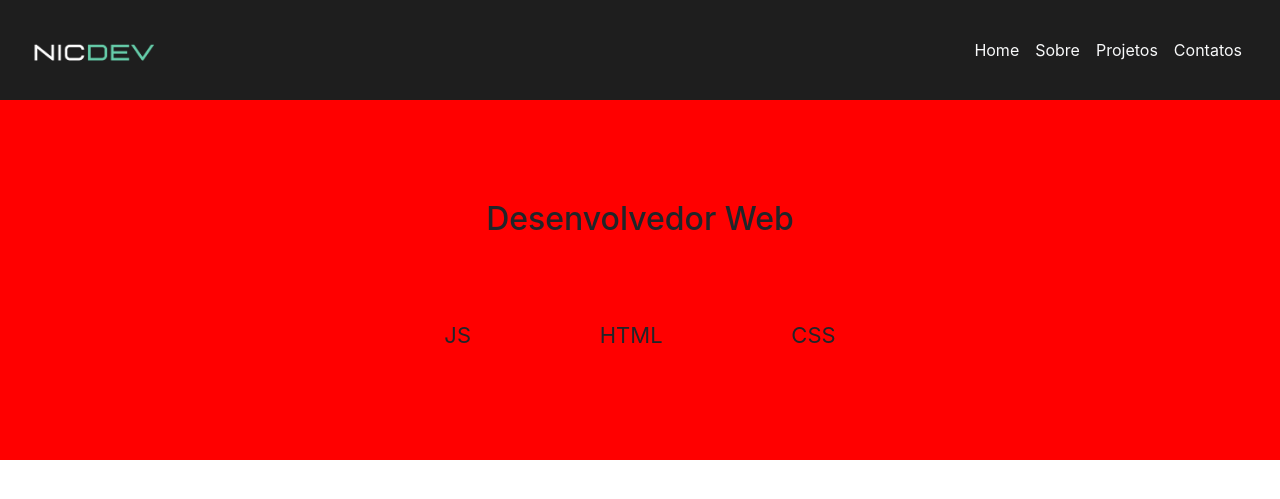
Repository: Leonngc/nicdev
Page: index.html
An editor plug-in stored every save of this project. The page is shown before and after a run of saves, followed by the edit.
The browser window is 1280 px wide. The pictures show the whole page.

Above is the page before, as saved 2023-04-12 23:38:57.

### index.html
<!DOCTYPE html>
<html lang="pt-br">
  <head>
    <meta charset="UTF-8" />
    <meta http-equiv="X-UA-Compatible" content="IE=edge" />
    <meta name="viewport" content="width=device-width, initial-scale=1.0" />
    <link rel="stylesheet" href="https://stackpath.bootstrapcdn.com/bootstrap/4.1.3/css/bootstrap.min.css" integrity="sha384-MCw98/SFnGE8fJT3GXwEOngsV7Zt27NXFoaoApmYm81iuXoPkFOJwJ8ERdknLPMO" crossorigin="anonymous">
    <link rel="stylesheet" href="styles/gradiente.css">
    <title>nicdev</title>
  </head>
  <body>

    <header>
      <nav class="navbar navbar-expand-lg navbar-dark" style="background-color: #1E1E1E; padding: 30px;">
        <a class="navbar-brand" href="#"><img src="images/nicdev-logo.png" alt="" style="width: 130px;"></a>
        <button class="navbar-toggler" type="button" data-toggle="collapse" data-target="#navbarNav" aria-controls="navbarNav" aria-expanded="false" aria-label="Alterna navegação">
          <span class="navbar-toggler-icon"></span>
        </button>
        <div class="collapse navbar-collapse justify-content-end" id="navbarNav">
          <ul class="navbar-nav" >
            <li class="nav-item active">
              <a class="nav-link text-light" href="#">Home <span class="sr-only">(Página atual)</span></a>
            </li>
            <li class="nav-item">
              <a class="nav-link text-light" href="#">Sobre</a>
            </li>
            <li class="nav-item ">
              <a class="nav-link text-light" href="#">Projetos</a>
            </li>
            <li class="nav-item">
              <a class="nav-link text-light" href="#">Contatos</a>
            </li>
          </ul>
        </div>
      </nav>
    </header>

    <div class="contain">
      <h2>Desenvolvedor Web</h2>
      <div class="skills">
        <span>JS</span>
        <span>HTML</span>
        <span>CSS</span>
      </div>

      <img src="" alt="">
    </div>

    <script src="https://code.jquery.com/jquery-3.3.1.slim.min.js" integrity="sha384-q8i/X+965DzO0rT7abK41JStQIAqVgRVzpbzo5smXKp4YfRvH+8abtTE1Pi6jizo" crossorigin="anonymous"></script>
    <script src="https://cdnjs.cloudflare.com/ajax/libs/popper.js/1.14.3/umd/popper.min.js" integrity="sha384-ZMP7rVo3mIykV+2+9J3UJ46jBk0WLaUAdn689aCwoqbBJiSnjAK/l8WvCWPIPm49" crossorigin="anonymous"></script>
    <script src="https://stackpath.bootstrapcdn.com/bootstrap/4.1.3/js/bootstrap.min.js" integrity="sha384-ChfqqxuZUCnJSK3+MXmPNIyE6ZbWh2IMqE241rYiqJxyMiZ6OW/JmZQ5stwEULTy" crossorigin="anonymous"></script>
  </body>
</html>

### styles/gradiente.css

.contain{
    margin: auto;
    width: 100vw;
    height: 50vh;
   background-color: red;
   justify-content: center;
   text-align: center;
   padding-top: 100px;
}



.skills{
    display: flex;
    justify-content: space-around;
    margin-left: 380px;
    margin-right: 380px;
    margin-top: 80px;
    border-bottom: 2px black;
}

.skills > span{
    font-size: 22px;
}

After the next 2 saves:
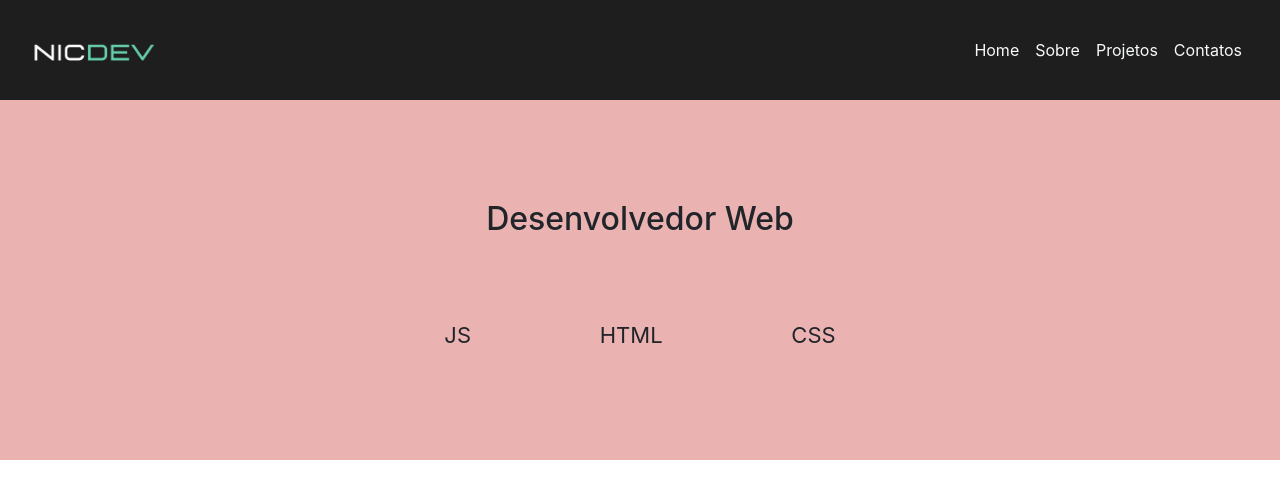
The 2 saves are shown as one change because they came seconds apart.
The last was saved 13 s later.
--- a/styles/gradiente.css
+++ b/styles/gradiente.css
@@ -3,7 +3,7 @@
     margin: auto;
     width: 100vw;
     height: 50vh;
-   background-color: red;
+   background-color: rgb(235, 178, 178);
    justify-content: center;
    text-align: center;
    padding-top: 100px;
@@ -17,7 +17,7 @@
     margin-left: 380px;
     margin-right: 380px;
     margin-top: 80px;
-    border-bottom: 2px black;
+    border-bottom: 3px black;
 }
 
 .skills > span{
